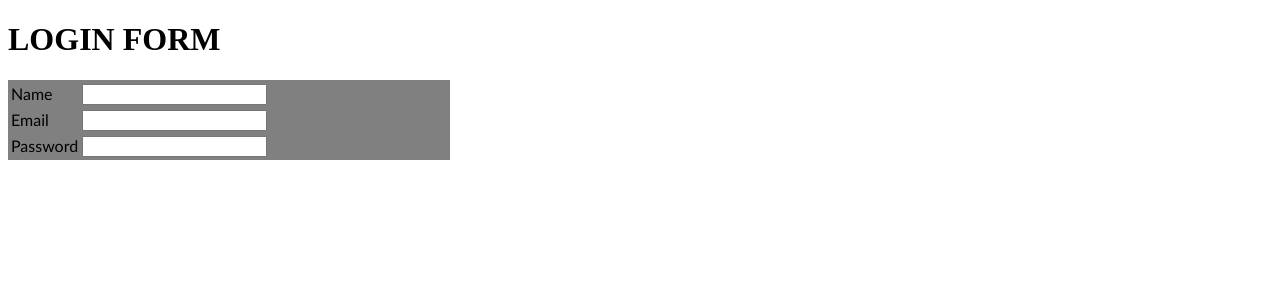
Repository: obusakthi539/Loginform
Page: Login.html
These files come from the project's save history. The page is drawn as it stood at one moment and after a run of saves; the edit follows.
The browser window is 1280 px wide. The pictures show the whole page.

Above is the page before, as saved 2025-01-10 17:37:43.

After the next 3 saves:
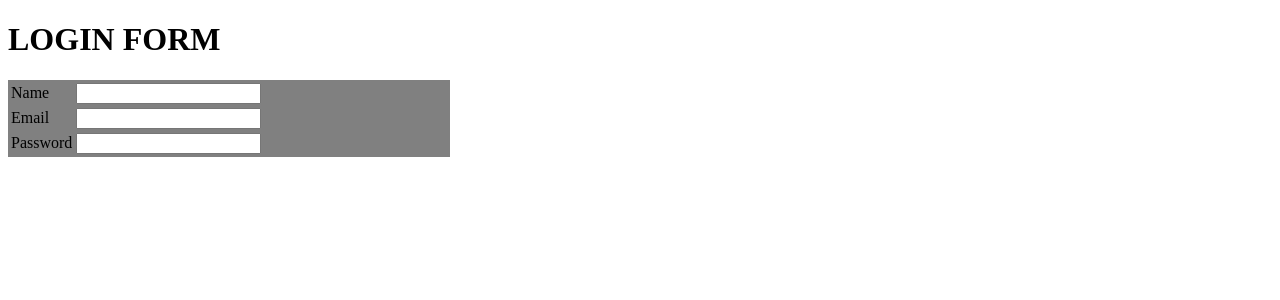
The 3 saves are shown as one change because they came seconds apart.
The last was saved 18 min 35 s later.
--- a/Login.html
+++ b/Login.html
@@ -7,7 +7,7 @@
     <style>
         .a{
             background-color:gray;
-            font-family: 'Gill Sans', 'Gill Sans MT', Calibri, 'Trebuchet MS', sans-serif;
+            font-size: ;
             width: 35%;
 
         }
